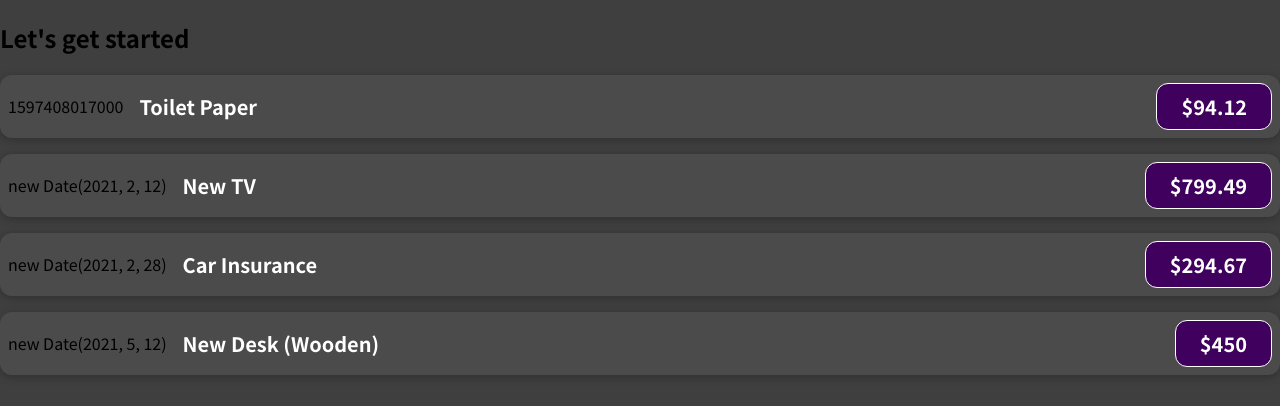
Repository: runner855/expense-tracker
Page: /
An editor plug-in stored every save of this project. The page is shown before and after the next save, followed by the edit.
The browser window is 1280 px wide. The pictures show the whole page.
The project was rebuilt for these pictures with package versions that can differ from the ones it lists, and the page was loaded fresh each time.

Above is the page before, as saved 2022-09-02 14:38:55.

### src/index.js
import React from 'react';
import ReactDOM from 'react-dom/client';
import expenses from './data/expenses.json';
import './styles/index.css';
import App from './components/App';

const root = ReactDOM.createRoot(document.getElementById('root'));
root.render(
  <React.StrictMode>
    <App expenses={expenses.expenses} />
  </React.StrictMode>
);

### src/data/expenses.json
{
  "expenses": [
    {
      "id": "e1",
      "title": "Toilet Paper",
      "amount": 94.12,
      "date": 1597408017000
    },
    {
      "id": "e2",
      "title": "New TV",
      "amount": 799.49,
      "date": "new Date(2021, 2, 12)"
    },
    {
      "id": "e3",
      "title": "Car Insurance",
      "amount": 294.67,
      "date": "new Date(2021, 2, 28)"
    },
    {
      "id": "e4",
      "title": "New Desk (Wooden)",
      "amount": 450,
      "date": "new Date(2021, 5, 12)"
    }
  ]
}

### src/components/App.js
import React from 'react';
import ExpenseItem from '../components/ExpenseItem';


const App = (props) => {
  console.log(props)





  return (
    <div className="App">
      <h2>Let's get started</h2>
      <ExpenseItem date={props.expenses[0].date} title={props.expenses[0].title} amount={props.expenses[0].amount} />
      <ExpenseItem date={props.expenses[1].date} title={props.expenses[1].title} amount={props.expenses[1].amount} />
      <ExpenseItem date={props.expenses[2].date} title={props.expenses[2].title} amount={props.expenses[2].amount} />
      <ExpenseItem date={props.expenses[3].date} title={props.expenses[3].title} amount={props.expenses[3].amount} />






    </div>
  );
}

export default App;

### src/components/ExpenseItem.js
import React from 'react';
import '../styles/ExpenseItem.css'
import moment from 'moment';


const ExpenseItem = (props) => {

  const { date, title, amount } = props;

  return (
    <div className='expense-item'>
      <div className='expense-item__date'>
        {`${date}`}
      </div>
      <div className='expense-item__description'>
        <h2>{`${title}`}</h2>
        <div className='expense-item__price'>
          ${`${amount}`}
        </div>
      </div>
    </div>)
}

export default ExpenseItem;

### src/styles/ExpenseItem.css
.expense-item {
  display: flex;
  justify-content: space-between;
  align-items: center;
  box-shadow: 0 2px 8px rgba(0, 0, 0, 0.25);
  padding: 0.5rem;
  margin: 1rem 0;
  border-radius: 12px;
  background-color: #4b4b4b;
}

.expense-item__description {
  display: flex;
  flex-direction: column;
  gap: 1rem;
  align-items: flex-end;
  flex-flow: column-reverse;
  justify-content: flex-start;
  flex: 1;
}

.expense-item h2 {
  color: #3a3a3a;
  font-size: 1rem;
  flex: 1;
  margin: 0 1rem;
  color: white;
}

.expense-item__price {
  font-size: 1rem;
  font-weight: bold;
  color: white;
  background-color: #40005d;
  border: 1px solid white;
  padding: 0.5rem;
  border-radius: 12px;
}

@media (min-width: 580px) {
  .expense-item__description {
    flex-direction: row;
    align-items: center;
    justify-content: flex-start;
    flex: 1;
  }

  .expense-item__description h2 {
    font-size: 1.25rem;
  }

  .expense-item__price {
    font-size: 1.25rem;
    padding: 0.5rem 1.5rem;
  }
}

Loaded but not shown: public/index.html (common file); src/styles/index.css (common file)

After the next save:
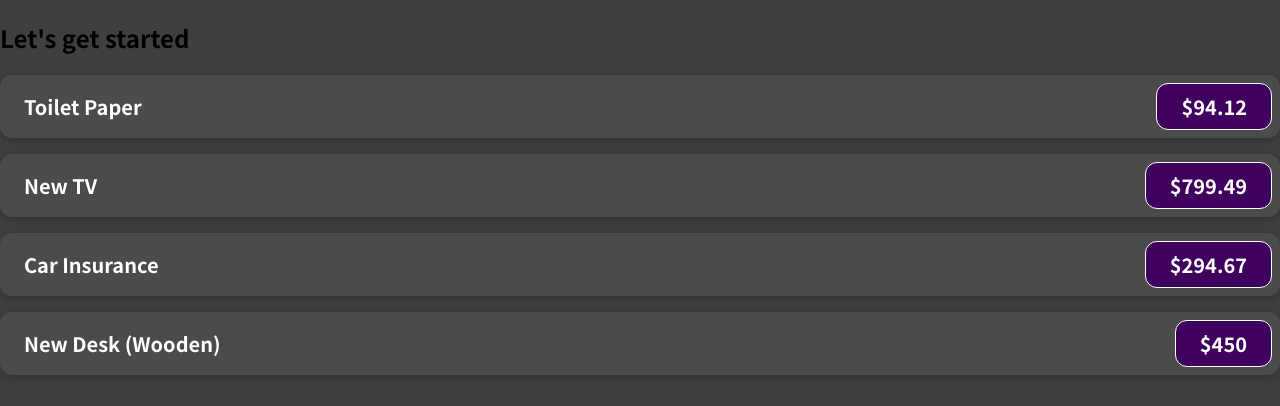
Saved 34 s later.
--- a/src/components/ExpenseItem.js
+++ b/src/components/ExpenseItem.js
@@ -6,11 +6,12 @@ import moment from 'moment';
 const ExpenseItem = (props) => {
 
   const { date, title, amount } = props;
+  console.log(date)
 
   return (
     <div className='expense-item'>
       <div className='expense-item__date'>
-        {`${date}`}
+        {`${date}`.to}
       </div>
       <div className='expense-item__description'>
         <h2>{`${title}`}</h2>
